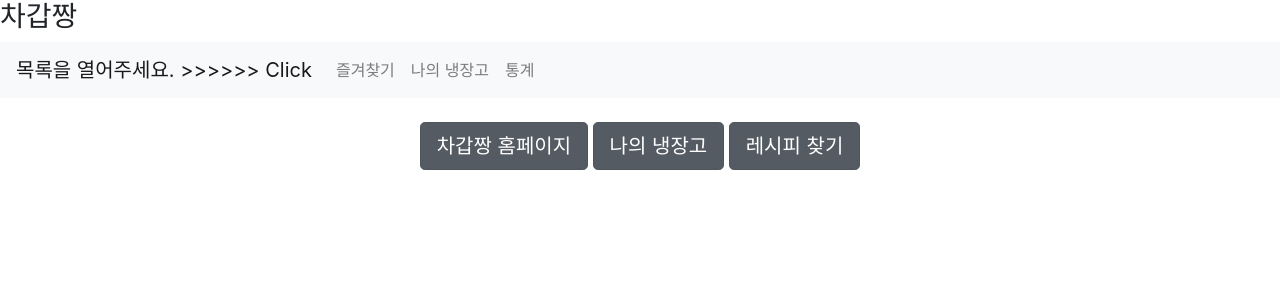
Repository: yousunning/coldzzang-miniproject
Page: http://localhost/cold/WEB-INF/views/like.jsp
An editor plug-in stored every save of this project. The page is shown before and after the next save, followed by the edit.
The browser window is 1280 px wide. The pictures show the whole page.
The page is served by Tomcat 9. Nobody is signed in. Other server files are loaded and not shown. The template is opened directly, without the code that normally fills it, so the values that code supplies are empty.

Above is the page before, as saved 2024-01-22 11:50:26.

### cold/src/main/webapp/WEB-INF/views/like.jsp
<%@ page language="java" contentType="text/html; charset=UTF-8"
    pageEncoding="UTF-8"%>
<!DOCTYPE html>

<html>
<head>
    <title>나의 웹사이트</title>
    <meta name="viewport" content="width=device-width, initial-scale=1">
    <!-- Bootstrap CSS -->
    <link href="https://stackpath.bootstrapcdn.com/bootstrap/4.3.1/css/bootstrap.min.css" rel="stylesheet">
</head>
<body>
    <h3>차갑짱</h3>
    <nav class="navbar navbar-expand-lg navbar-light bg-light">
        <a class="navbar-brand" href="/food/List/login">목록을 열어주세요. >>>>>> Click</a>
        <button class="navbar-toggler" type="button" data-toggle="collapse" data-target="#navbarNav" aria-controls="navbarNav" aria-expanded="false" aria-label="Toggle navigation">
            <span class="navbar-toggler-icon"></span>
        </button>
        <div class="collapse navbar-collapse" id="navbarNav">
            <ul class="navbar-nav">
                <li class="nav-item">
                    <a class="nav-link" href="/food/List/like">즐겨찾기</a>
                </li>
                <li class="nav-item">
                    <a class="nav-link" href="/food/List/myRefrigerator">나의 냉장고</a>
                </li>
                <li class="nav-item">
                    <a class="nav-link" href="/food/List/myStatistics">통계</a>
                </li>
            </ul>
        </div>
    </nav>

    <!-- 메인 컨텐츠 -->
    <div class="container mt-4" style="text-align:center;">
    <!-- 링크를 버튼처럼 스타일링 -->
    <a href="/food/List/homepage" class="btn btn-secondary btn-lg active" role="button" aria-pressed="true">차갑짱 홈페이지</a>
    <a href="/food/List/myRefrigerator" class="btn btn-secondary btn-lg active" role="button" aria-pressed="true">나의 냉장고</a>
     <a href="/food/List/recipe" class="btn btn-secondary btn-lg active" role="button" aria-pressed="true">레시피 찾기</a>
</div>
</body>
</html>

After the next save:
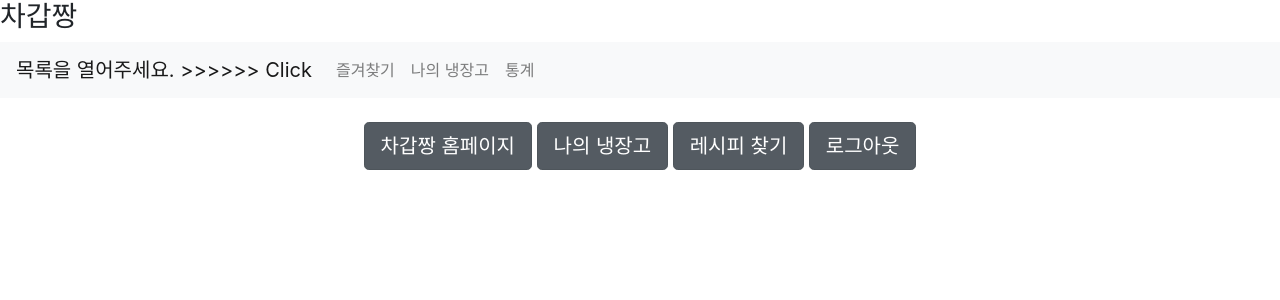
Saved 21 s later.
--- a/cold/src/main/webapp/WEB-INF/views/like.jsp
+++ b/cold/src/main/webapp/WEB-INF/views/like.jsp
@@ -37,6 +37,7 @@
     <a href="/food/List/homepage" class="btn btn-secondary btn-lg active" role="button" aria-pressed="true">차갑짱 홈페이지</a>
     <a href="/food/List/myRefrigerator" class="btn btn-secondary btn-lg active" role="button" aria-pressed="true">나의 냉장고</a>
      <a href="/food/List/recipe" class="btn btn-secondary btn-lg active" role="button" aria-pressed="true">레시피 찾기</a>
+       	<a href="/food/List/login" class="btn btn-secondary btn-lg active" role="button" aria-pressed="true">로그아웃</a>
 </div>
 </body>
 </html>
